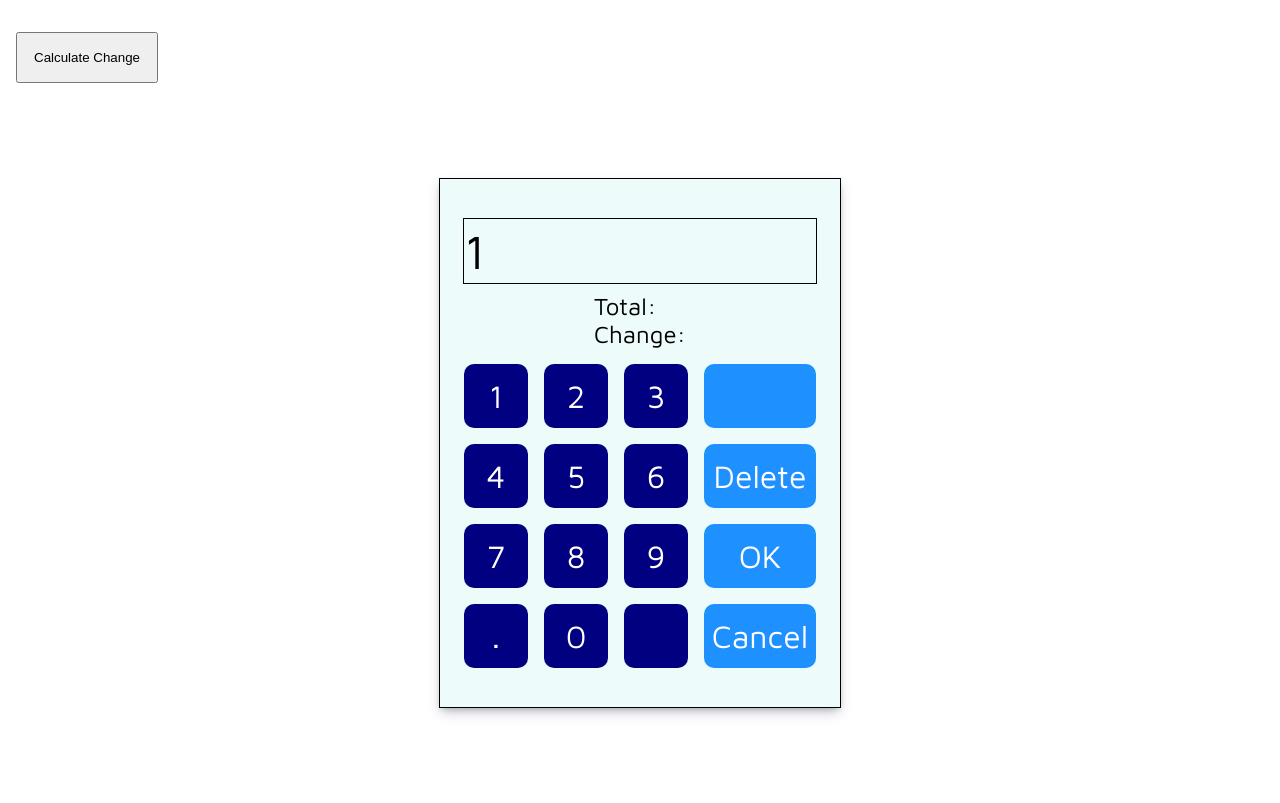
Repository: Dapravith/Midterm-SE-GIC-Cafe-Project-Group16
Page: src/main/resources/templates/changeCalculate.html
These files come from the project's save history. The page is drawn as it stood at one moment and after the next save; the edit follows.
The browser window is 1280 px wide. The pictures show the whole page.
After loading, the first visible `div.box` was clicked once.

Above is the page before, as saved 2023-05-12 16:55:18.
Console error: TypeError: Cannot read properties of null (reading 'addEventListener')

After the next save:
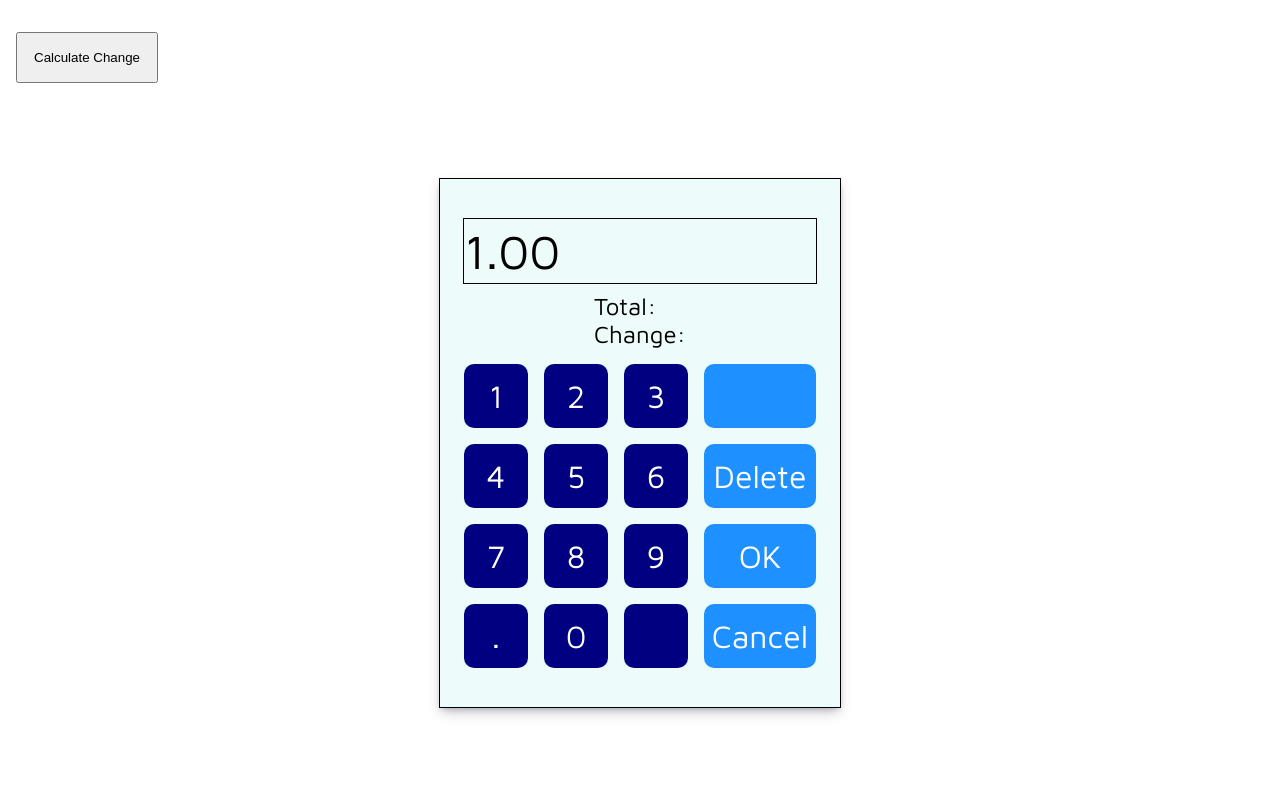
The error is gone.
Saved 13 min 29 s later.
--- a/src/main/resources/templates/changeCalculate.html
+++ b/src/main/resources/templates/changeCalculate.html
@@ -189,80 +189,49 @@
     </div>
 
     <script>
-      // Get the DOM elements
-      const totalElement = document.querySelector(
-        ".total_change_row span:first-child"
-      );
-      const changeElement = document.querySelector(
-        ".total_change_row span:last-child"
-      );
-      const numberBox = document.querySelector(".number_box");
-
-      // Set the initial values
-      let total = 0;
-      let change = 0;
-      let enteredNumber = "";
-
-      // Helper function to update the displayed total and change
-      function updateTotalAndChange() {
-        totalElement.textContent = `Total: ${total.toFixed(2)} USD`;
-        changeElement.textContent = `Change: ${change.toFixed(2)} USD`;
-      }
-
-      // Event listener for the number buttons
-      document.querySelectorAll(".box").forEach((button) => {
+      let totalAmount = 0;
+      const numberButtons = document.querySelectorAll(".box");
+      numberButtons.forEach((button) => {
         button.addEventListener("click", () => {
-          const number = button.textContent;
-          enteredNumber += number;
-          numberBox.textContent = enteredNumber;
+          const number = parseInt(button.textContent);
+          totalAmount += number;
+          document.querySelector(".number_box").textContent =
+            totalAmount.toFixed(2);
         });
       });
 
-      // Event listener for the delete button
-      document.querySelector(".box_delete").addEventListener("click", () => {
-        enteredNumber = enteredNumber.slice(0, -1);
-        numberBox.textContent = enteredNumber;
-      });
-
-      // Event listener for the OK button
-      document.querySelector(".box_ok").addEventListener("click", () => {
-        const enteredAmount = parseFloat(enteredNumber);
-        if (!isNaN(enteredAmount)) {
-          total += enteredAmount;
-          change = Math.max(change - enteredAmount, 0);
-          enteredNumber = "";
-          updateTotalAndChange();
-          numberBox.textContent = "";
+      const deleteButton = document.querySelector(".box_delete");
+      deleteButton.addEventListener("click", () => {
+        totalAmount = 0;
+        document.querySelector(".number_box").textContent =
+          totalAmount.toFixed(2);
+      });
+
+      const checkoutButton = document.querySelector(".box_ok");
+      checkoutButton.addEventListener("click", () => {
+        const paymentAmount = parseFloat(
+          prompt("Enter payment amount in USD:")
+        );
+        const exchangeRate = 4100; // 1 USD = 4100 KHR
+        const paymentAmountKHR = paymentAmount * exchangeRate;
+        const changeKHR = paymentAmountKHR - totalAmount;
+        document.querySelector(".total_change_row").innerHTML = `
+        <span>Total: ${totalAmount.toFixed(2)} USD (${paymentAmountKHR.toFixed(
+          2
+        )} KHR)</span>
+        <span>Change: ${changeKHR.toFixed(2)} KHR</span>
+    `;
+      });
+
+      const popupButton = document.querySelector(".popup_button button");
+      popupButton.addEventListener("click", () => {
+        const container = document.querySelector(".wrapper_container");
+        if (container.style.display === "none") {
+          container.style.display = "flex";
+        } else {
+          container.style.display = "none";
         }
       });
-
-      // Event listener for the cancel button
-      document.querySelector(".box_cencel").addEventListener("click", () => {
-        enteredNumber = "";
-        numberBox.textContent = "";
-      });
-
-      // Event listener for the popup button
-      document
-        .querySelector(".popup_button button")
-        .addEventListener("click", () => {
-          // Display the popup or do whatever else you need to do here
-        });
-
-      // Update the initial total and change values
-      updateTotalAndChange();
-      function calculateChange() {
-        // Get input values
-        var total = parseFloat(document.getElementById("total").value);
-        var paid = parseFloat(document.getElementById("paid").value);
-
-        // Calculate change
-        var change = paid - total;
-
-        // Update output element
-        var outputElement = document.getElementById("output");
-        outputElement.innerHTML = "Change: " + change.toFixed(2);
-      }
     </script>
   </body>
 </html>
